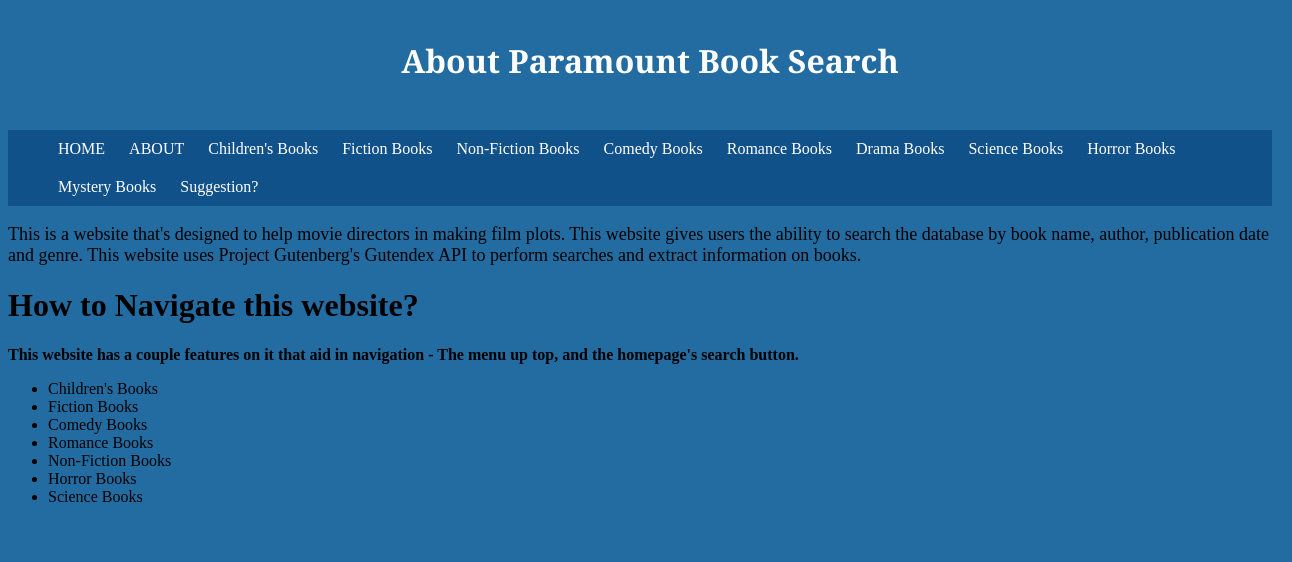
Repository: ChiaEE/INST377---Group-13
Page: About_page.html
The author's editor kept a copy of each file at every save. The page is drawn from the files as they stood at one save, then again after the next save.
The browser window is 1280 px wide. The page is 1292 px wide, so the pictures cover 1292 px, including what lies to the right of the window. The pictures show the whole page.

Above is the page before, as saved 2024-05-19 22:06:03.

After the next save:
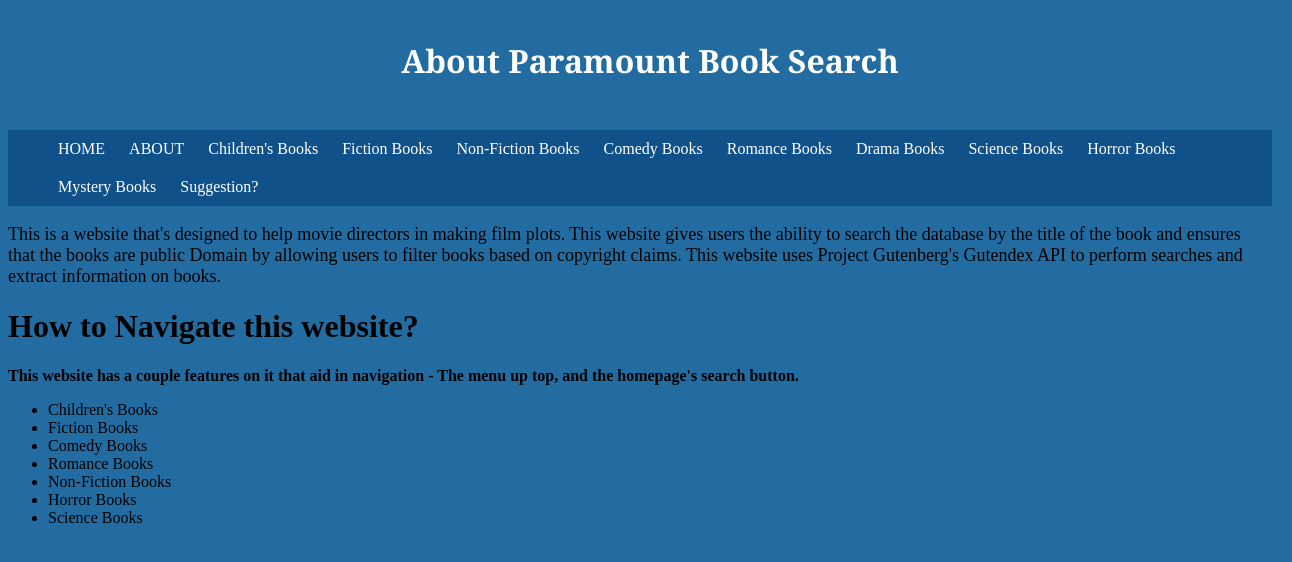
Saved 2 min 17 s later.
--- a/About_page.html
+++ b/About_page.html
@@ -29,8 +29,8 @@
         </nav>
 
         <p style="font-size:large;"> This is a website that's designed to help movie directors in making film plots.
-            This website gives users the ability to search the database by book name, author,
-            publication date and genre. This website uses Project Gutenberg's Gutendex API to
+            This website gives users the ability to search the database by the title of the book and ensures that the books are public Domain
+            by allowing users to filter books based on copyright claims. This website uses Project Gutenberg's Gutendex API to
             perform searches and extract information on books.
         </p>
 
